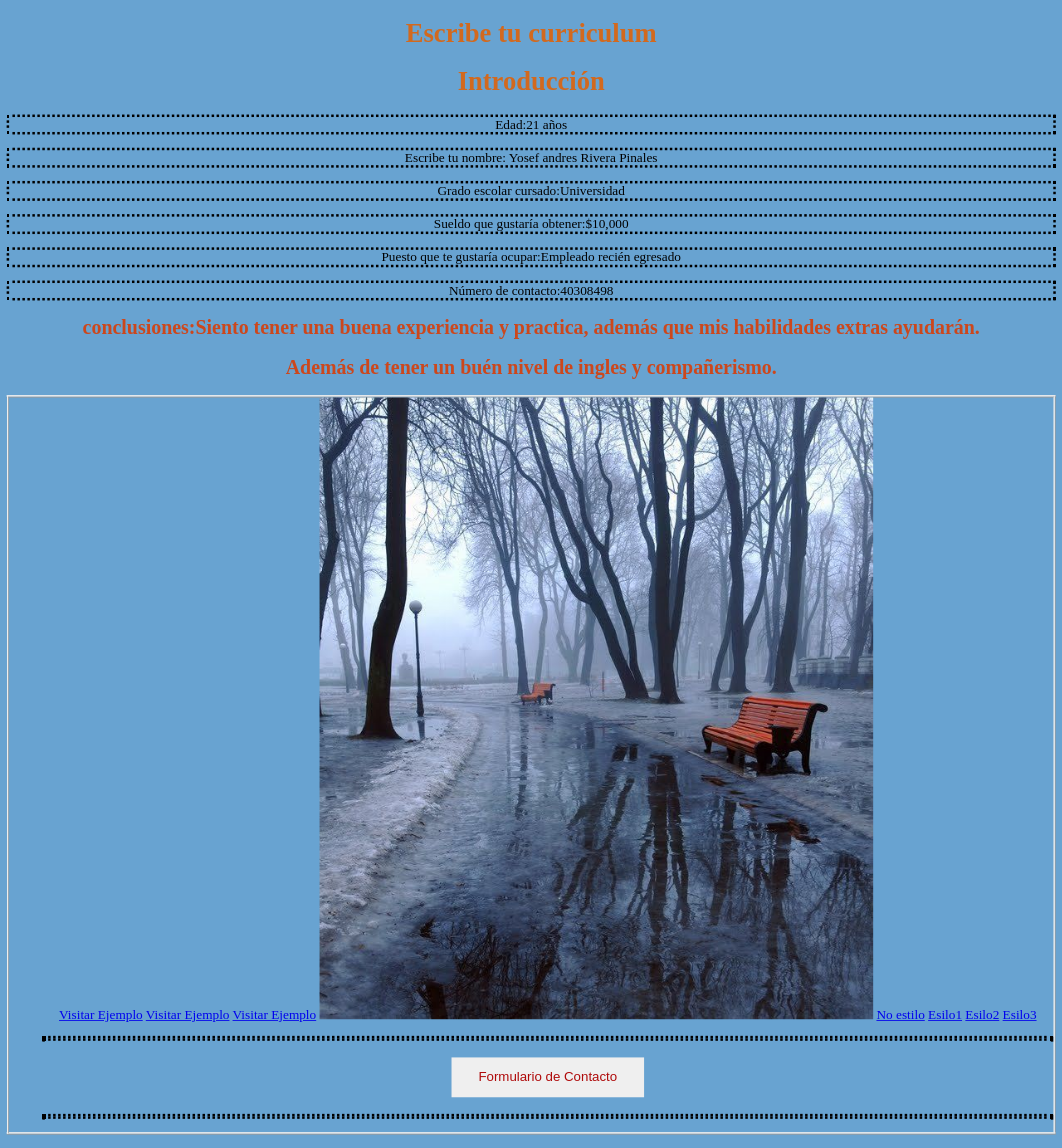
Repository: UVMCoyoacan/VEFY
Page: index_Yosef.html
An editor plug-in stored every save of this project. The page is shown before and after the next save, followed by the edit.
The browser window is 1280 px wide. The pictures show the whole page, at 83% of full size.

Above is the page before, as saved 2024-02-28 21:31:14.

### index_Yosef.html
<!DOCTYPE html>
<html>
    <head>

        <title>Curriculum</title>
        <link rel="stylesheet" href="estilo1.css"/>
        <meta charset="utf-8" />



    </head>
    <body>
        <h1>Escribe tu curriculum</h1>

        <h1 onlick="fondosParrafos()">Introducción</h1>
        <p>Edad:21 años</p>
        <p>Escribe tu nombre: Yosef andres Rivera Pinales</p>
        <p>Grado escolar cursado:Universidad</p>
        <p>Sueldo que gustaría obtener:$10,000</p>
        <p>Puesto que te gustaría ocupar:Empleado recién egresado</p>
        <p>Número de contacto:40308498</p>
        <h2>conclusiones:Siento tener una buena experiencia y practica, además que mis habilidades extras ayudarán.</h2>
        <h2>Además de tener un buén nivel de ingles y compañerismo.</h2>
        <ul>
        <a href="file:///Users/yosefrivera/Documents/Visual/index.html">Visitar Ejemplo</a>
       <a href="file:///Users/yosefrivera/Documents/Visual/index.html">Visitar Ejemplo</a>
       <a href="file:///Users/yosefrivera/Documents/Visual/index.html">Visitar Ejemplo</a>
       <img src="descarga.jpg" />
       <a onclick="NoEstilos()" href="#">No estilo</a>
       <a onclick="ActivaEstilo()" href="#">Esilo1</a>
       <a onclick="ActivaEstilo()" href="#">Esilo2</a>
       <a onclick="ActivaEstilo()" href="#">Esilo3</a>

       <p>
        <div>
            <button onclick="redirigirFormCV()"> Formulario de Contacto  </button>

           </div>
       </p>
</body>
    </ul>

       <script src="cod.js">

       </script>




    </body>
</html>

### estilo1.css
h1{
    color: chocolate;
    text-align: center;
    border-style: mix;
}
p{
    text-align: center;
    color:rgb(0, 0, 0);
    border-style: dotted;
}

ol{
    text-align: center;
    color:rgb(1, 1, 1);
    border-style: groove;

}

ul{
    text-align: center;
    color: rgb(0, 0, 0);
    border-style: ridge;
}

h2{
    color: rgba(206, 69, 24, 0.98) ;
    text-align: center;
    border-style: mix;
}

a{
    text-align: center;
}

body{
    background-color: rgb(104, 163, 209);
}

footer{
    color:beige;
    background-color: blueviolet;
}
button {
    border: none;
    color: rgb(175, 10, 10);
    padding: 15px 32px;
    text-align: center;
    text-decoration: none;
    display: inline-block;
    font-size: 16px;
    margin: 4px 2px;
    cursor: pointer;
  }
  p{
    text-align: center;
  }

### cod.js
function saludo(){
    alert("Hola JS");
}

function numeracion(tope){
for(i=0; i<5; i++){
    alert(i);
}
}

function fondo(){
alert("click");
parrafos=document.getElementsByTagName("p");
parrafos[0].innerHTML="remplazado";
parrafos[1].style="color:red"
lista=document.getElementsByClassName("verde");
lista[0].style="text-align:center; color:blue";
document.getElementById("raro").innerHTML="contenido actual";

}

function NoEstilos(){
    nest=document.styleSheets.length;
    for(i=0;i<nest;i++){
        document.styleSheets[i].disabled=true;
    }


}

function ActivaEstilo(n){
    NoEstilos();
    document.styleSheets[n].disabled=false;

}

function redirigirYos() {
    window.location.href = "./index_Yosef.html";
}

function redirigirVik() {
    window.location.href = './INDEXVIC.html';
}

function redirigirFer() {
    window.location.href = './INDEX_FER.html';
}

function redirigirEu() {
    window.location.href = './Pagina web presentacion Eugen/indexEugen.html';

}
function redirigirForm() {
    window.location.href = './enviadatos.html';

}

After the next save:
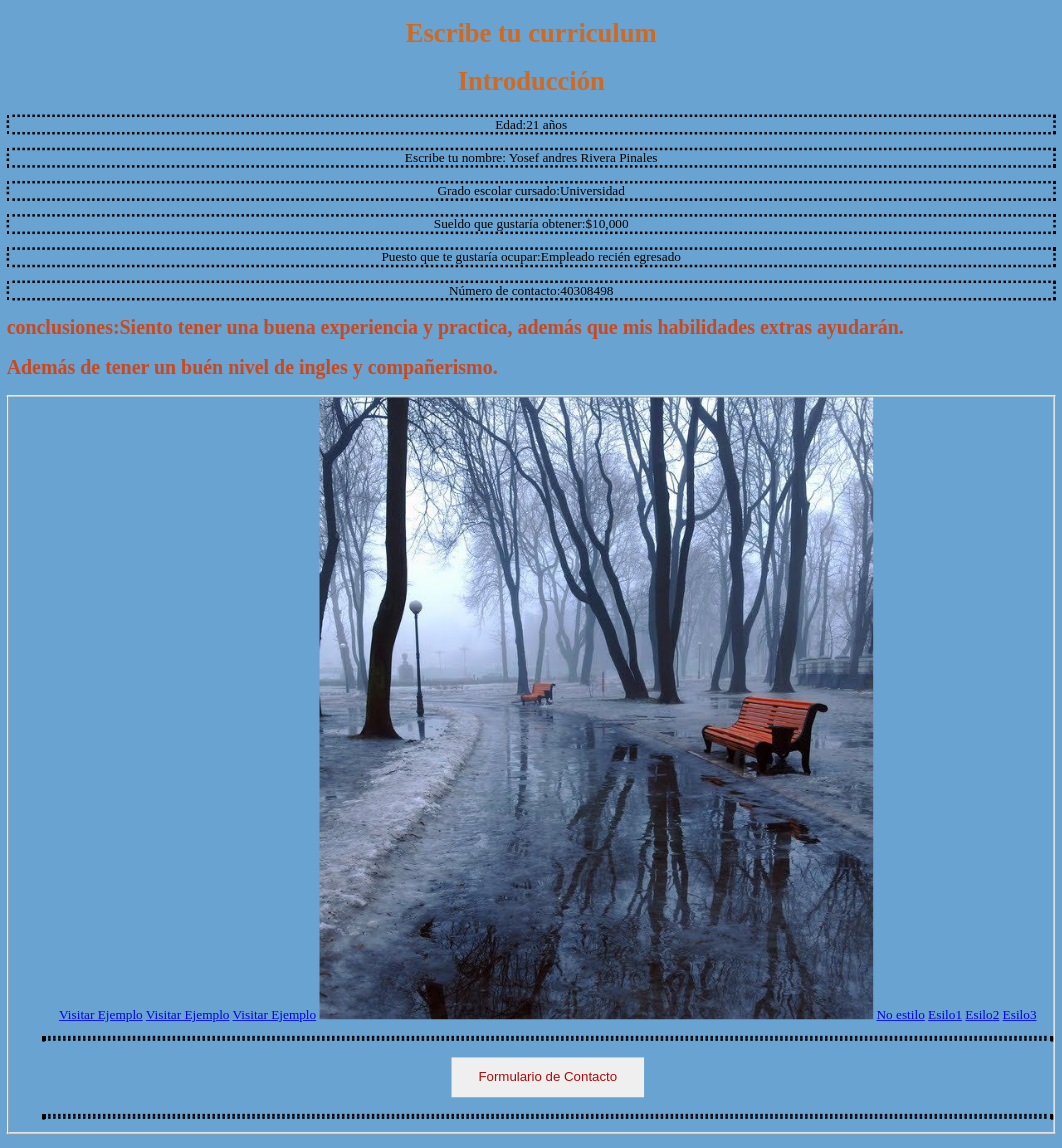
Saved 36 s later.
--- a/estilo1.css
+++ b/estilo1.css
@@ -24,7 +24,7 @@
 
 h2{
     color: rgba(206, 69, 24, 0.98) ;
-    text-align: center;
+    text-align:justify;
     border-style: mix;
 }
 

After the save that followed:
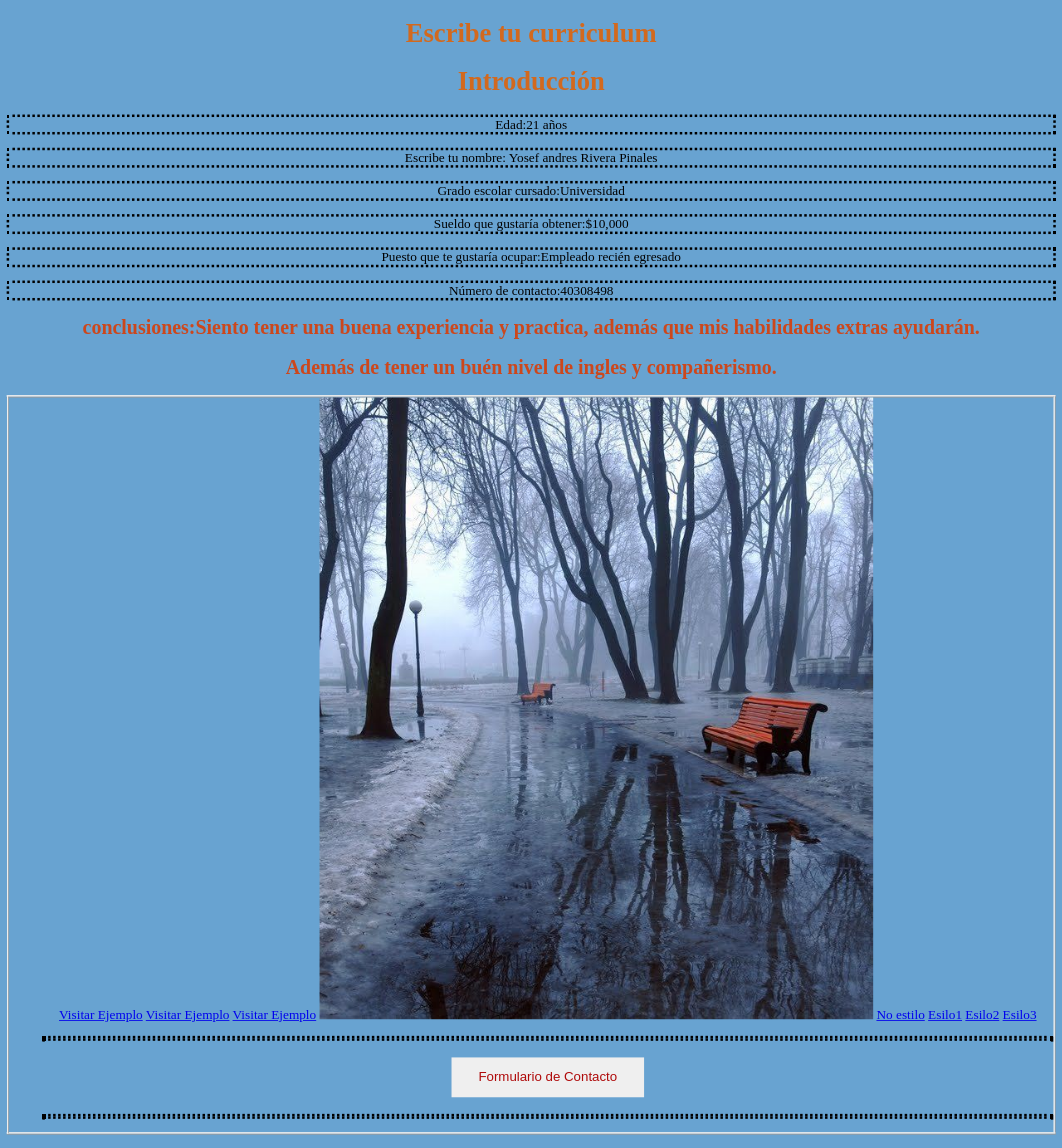
Saved 38 s later.
--- a/estilo1.css
+++ b/estilo1.css
@@ -24,7 +24,7 @@
 
 h2{
     color: rgba(206, 69, 24, 0.98) ;
-    text-align:justify;
+    text-align:center;
     border-style: mix;
 }
 
